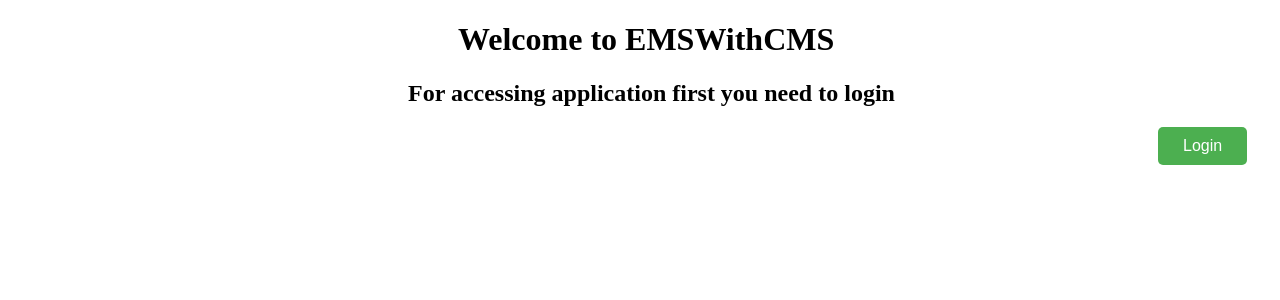
Repository: varnittyagi120/javaproject2
Page: eclipse-workspaceone/CMSWithEMSUsingServletInOptmiseWay/WebContent/index.html
The author's editor kept a copy of each file at every save. The page is drawn from the files as they stood at one save, then again after the next save.
The browser window is 1280 px wide. The pictures show the whole page.

Above is the page before, as saved 2019-11-19 09:29:21.

### eclipse-workspaceone/CMSWithEMSUsingServletInOptmiseWay/WebContent/index.html
<!DOCTYPE html>
<html>
<style>
.button{
  background-color: #4CAF50;
  border: none;
  color: white;
  padding: 10px 25px;
  text-align: center;
  text-decoration: none;
  display: inline-block;
  font-size: 16px;

  border-radius:5px;
}

</style>
<body>
        <h1 style="margin-left:450px;">Welcome to EMSWithCMS</h1>
        <h2 style="margin-left:400px;">For accessing application first you need to login</h2>
	    <a href = "LogIn"><button style='margin-left:1150px'class="button" >Login</button></a><br><br>
</body>
</html>

After the next save:
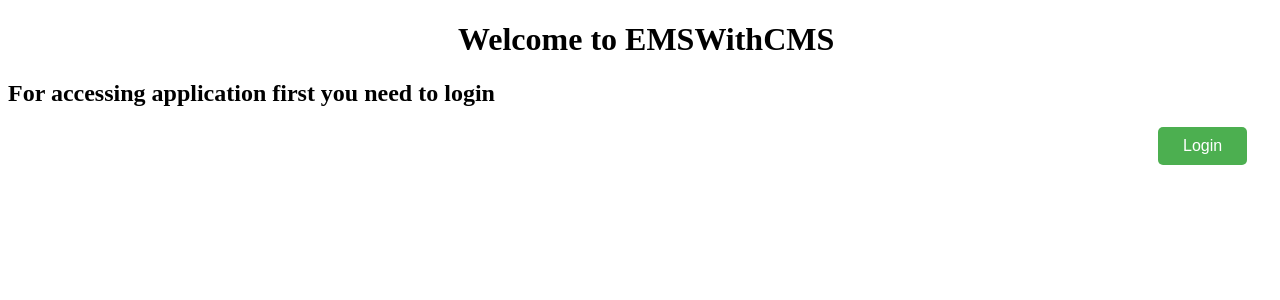
Saved 14 s later.
--- a/eclipse-workspaceone/CMSWithEMSUsingServletInOptmiseWay/WebContent/index.html
+++ b/eclipse-workspaceone/CMSWithEMSUsingServletInOptmiseWay/WebContent/index.html
@@ -17,7 +17,7 @@
 </style>
 <body>
         <h1 style="margin-left:450px;">Welcome to EMSWithCMS</h1>
-        <h2 style="margin-left:400px;">For accessing application first you need to login</h2>
+        <h2 style="margin-right:400px;">For accessing application first you need to login</h2>
 	    <a href = "LogIn"><button style='margin-left:1150px'class="button" >Login</button></a><br><br>
 </body>
 </html>
